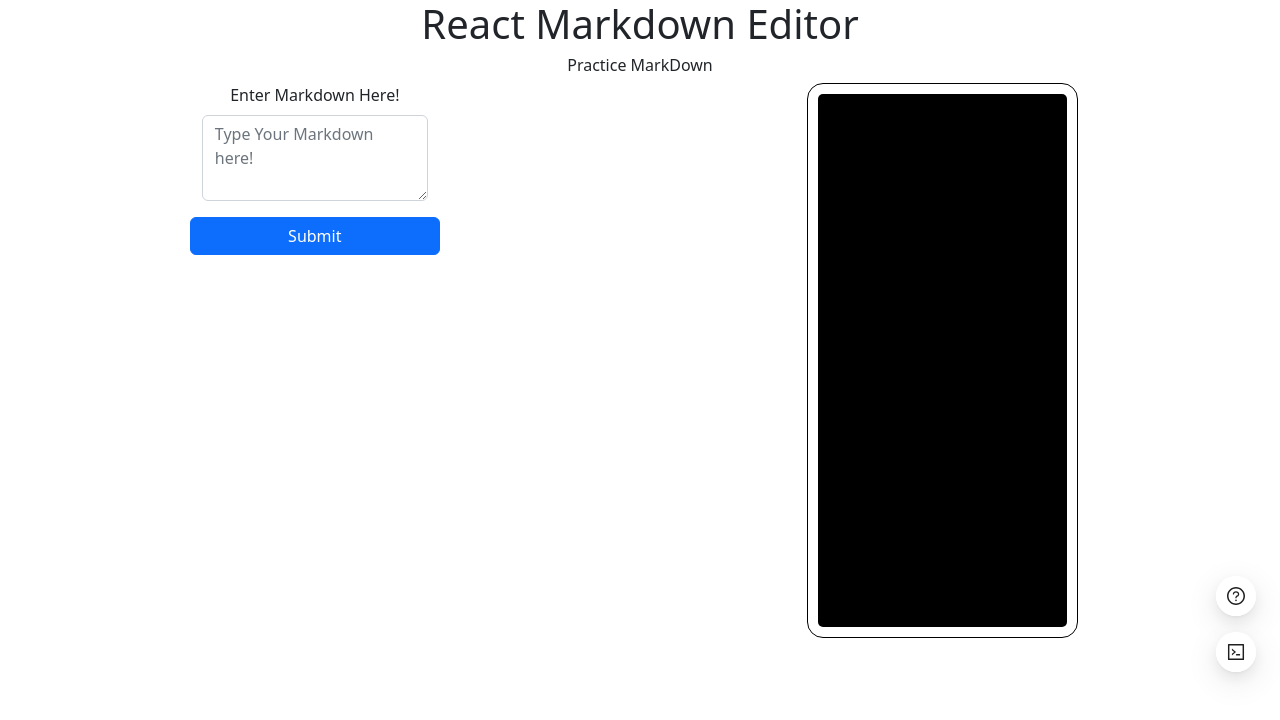
Repository: devkthines/md-editor
Page: /
These files come from the project's save history. The page is drawn as it stood at one moment and after a run of saves; the edit follows.
The browser window is 1280 px wide. The pictures show the whole page.
The project was rebuilt for these pictures with package versions that can differ from the ones it lists, and the page was loaded fresh each time. Also part of the build but not shown: src/pages/preview.js, src/components/navbar.js, src/pages/home.js.

Above is the page before, as saved 2023-12-06 21:40:32.

### src/App.js
import Preview from './pages/preview';
import Editor from './pages/editor';
import NavBar from './components/navbar';
import { BrowserRouter, Routes, Route } from "react-router-dom";
import About from './pages/home';
import 'bootstrap/dist/css/bootstrap.min.css';
import './styles/style.css'
function App() {
  return (
    <BrowserRouter>
    {/* <NavBar/> */}
      <Routes>
    {/* <Route path='/edit' element={<Editor/>}/> */}
    <Route index  element={<Editor/>}/>
    {/* <Route path='/about' element={<About/>}/> */}

      </Routes>
    </BrowserRouter>

  );
}

export default App;

### src/pages/editor.js
import { useState, useEffect } from 'react';
import { marked } from 'marked';
import Button from 'react-bootstrap/Button';
import Form from 'react-bootstrap/Form';
import Row from 'react-bootstrap/Row';
import Col from 'react-bootstrap/Col';
import { QuestionCircleOutlined, CodeOutlined } from '@ant-design/icons';
import { FloatButton,Modal  } from 'antd';

const App = () => {
    const [isModalOpen, setIsModalOpen] = useState(false);
    const showModal = () => {
      setIsModalOpen(true);
    };
    const handleOk = () => {
      setIsModalOpen(false);
    };
    const handleCancel = () => {
      setIsModalOpen(false);
    };

    // Modal Two Example
    const [isModalTwoOpen, setIsModalTwoOpen] = useState(false);
    const showModalTwo = () => {
      setIsModalOpen(true);
    };
    const handleOkTwo = () => {
      setIsModalOpen(false);
    };
    const handleCancelTwo = () => {
      setIsModalOpen(false);
    };
return ( <>
    <FloatButton.Group
      shape="circle"
      style={{
        right: 24,
      }}
    >
      <FloatButton icon={<QuestionCircleOutlined />} onClick={showModal}/>

      <FloatButton icon={<CodeOutlined />} onClick={showModalTwo}/>
    </FloatButton.Group>
    <Modal title="Basic Modal" open={isModalOpen} onOk={handleOk} onCancel={handleCancel}>
        <p>Some contents...</p>
        <p>Some contents...</p>
        <p>Some contents...</p>
    </Modal>
    <Modal title="Basic Modal" open={isModalTwoOpen} onOk={handleOkTwo} onCancel={handleCancelTwo}>
        <p>Some contents...</p>
        <p>Some contents...</p>
        <p>Some contents...</p>
      </Modal>
    </>
)};


export default function Editor() {
    const [edit, SetEdit] = useState('');
    const [preview, setPreview] = useState('');
    const seePreview = (e) => {
        e.preventDefault();
        console.log(edit);
        setPreview(edit);
        SetEdit('');

    }

    return (<>
    <div className='text-center'>
        <h1>React Markdown Editor</h1>

    <h6>Practice MarkDown</h6>
        <div className='d-flex justify-content-evenly'>
            <App/>
            <Form>
                <Row>
                    <Form.Group as={Col} className="mb-3" controlId="formBasicPassword">
                    <Form.Label>Enter Markdown Here!</Form.Label>
                    <Form.Control value={edit} onChange={(e) => {
                        setPreview('');
                        SetEdit(e.target.value);

                    }} name="edit" id="editor" as='textarea' placeholder="Type Your Markdown here!" rows={3} />
                    </Form.Group>
                </Row>
                <Row>
                    <Button as={Col} disabled={!edit} onClick={seePreview} variant="primary" type="submit">
                    Submit
                </Button>
                </Row>
            </Form>
            <Row></Row>
            <div id="mdEdView" dangerouslySetInnerHTML={{ __html: marked.parse(preview) }}>
            </div>
       </div>
       </div>
       </>
    )
}

### src/styles/style.css
* {
    margin: 0;
    padding: 0;
    box-sizing: border-box;
}

#mdEdView {
    width: 270.71999999999997px;
    height: 554.88px;
    background-color: black;
    background-clip: content-box;
    padding: 10px;
    border: 1px solid black;
    border-radius: 1rem;
    color: white;
}

Loaded but not shown: public/index.html (common file); src/index.js (common file); src/index.css (common file); src/reportWebVitals.js (common file)

After the next 3 saves:
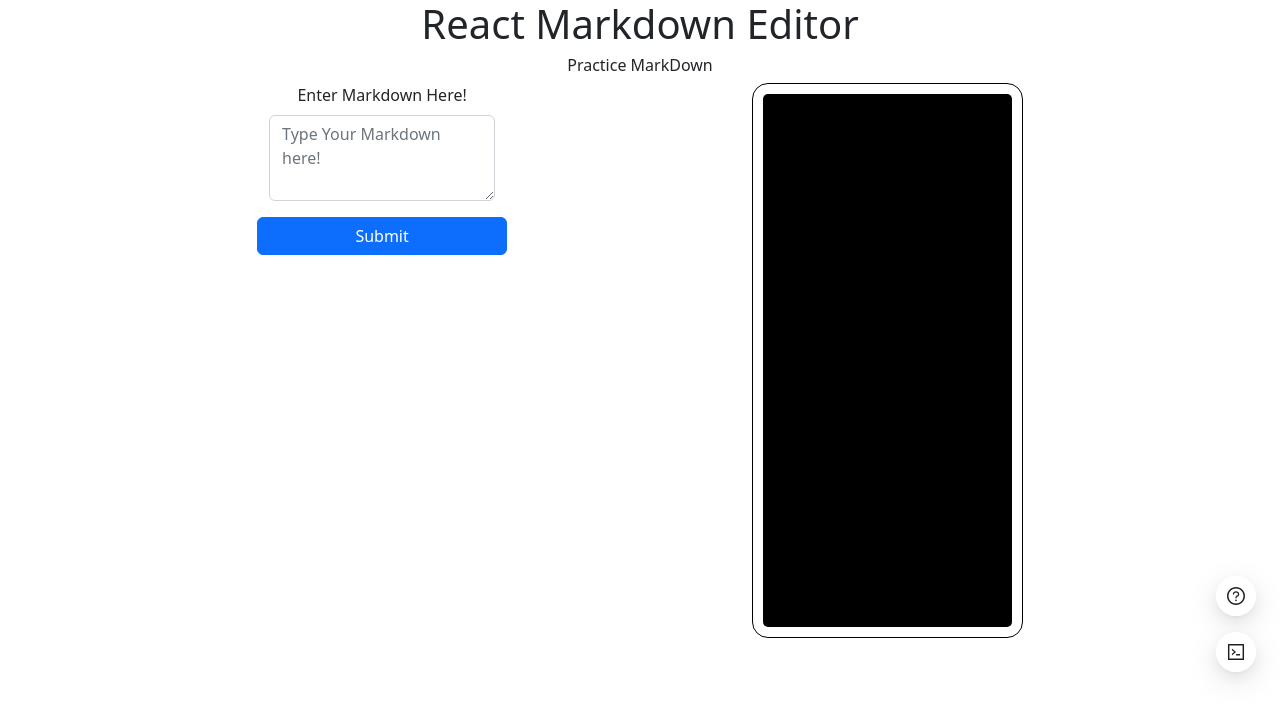
The 3 saves are shown as one change because they came seconds apart.
The last was saved 9 s later.
--- a/src/pages/editor.js
+++ b/src/pages/editor.js
@@ -90,9 +90,9 @@ export default function Editor() {
                 </Button>
                 </Row>
             </Form>
-            <Row></Row>
-            <div id="mdEdView" dangerouslySetInnerHTML={{ __html: marked.parse(preview) }}>
-            </div>
+            <Row>
+            <div id="mdEdView" dangerouslySetInnerHTML={{ __html: marked.parse(preview) }}></div>
+            </Row>
        </div>
        </div>
        </>
